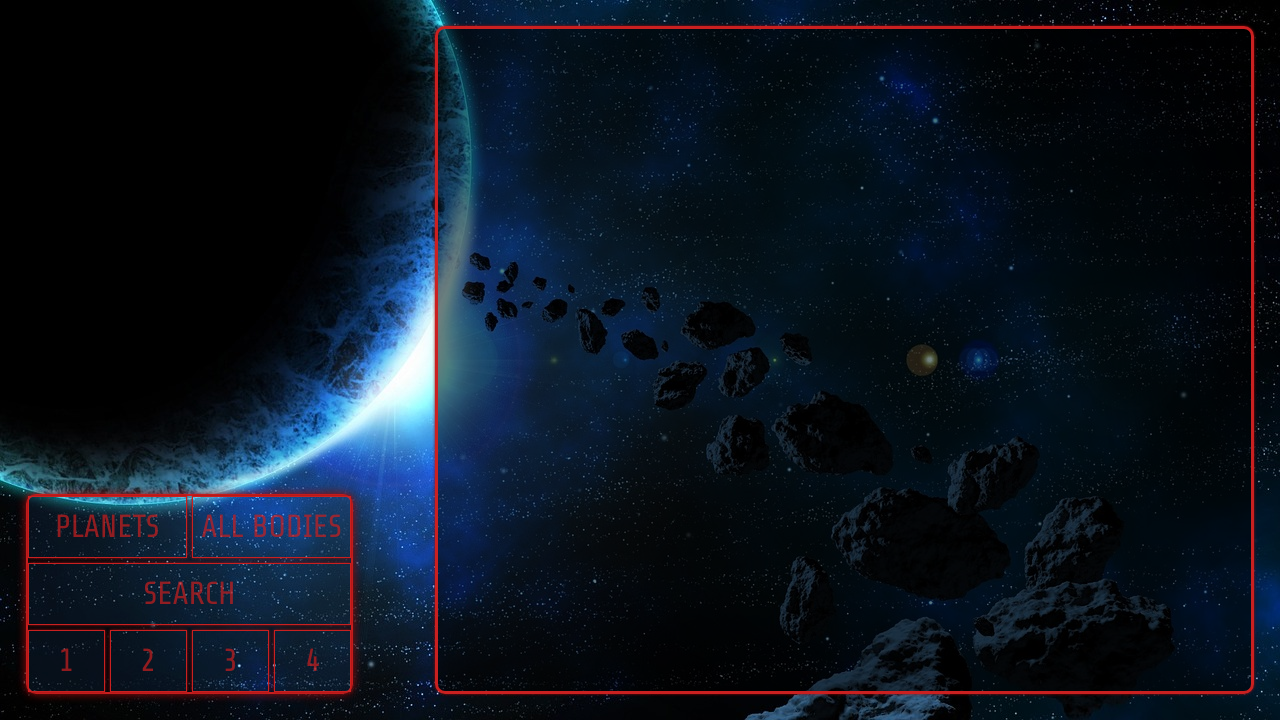
Repository: Przemek-Szadkowski/space-bodies
Page: /
These files come from the project's save history. The page is drawn as it stood at one moment and after the next save; the edit follows.
The browser window is 1280 px wide. The pictures show the whole page.
The page's requests for data from a server got no answer. The project was rebuilt for these pictures with package versions that can differ from the ones it lists, and the page was loaded fresh each time. No one was signed in, and anything a server would have sent is missing. Also part of the build but not shown: src/components/BodieRecord.js.

Above is the page before, as saved 2021-11-26 21:12:41.

After the next save:
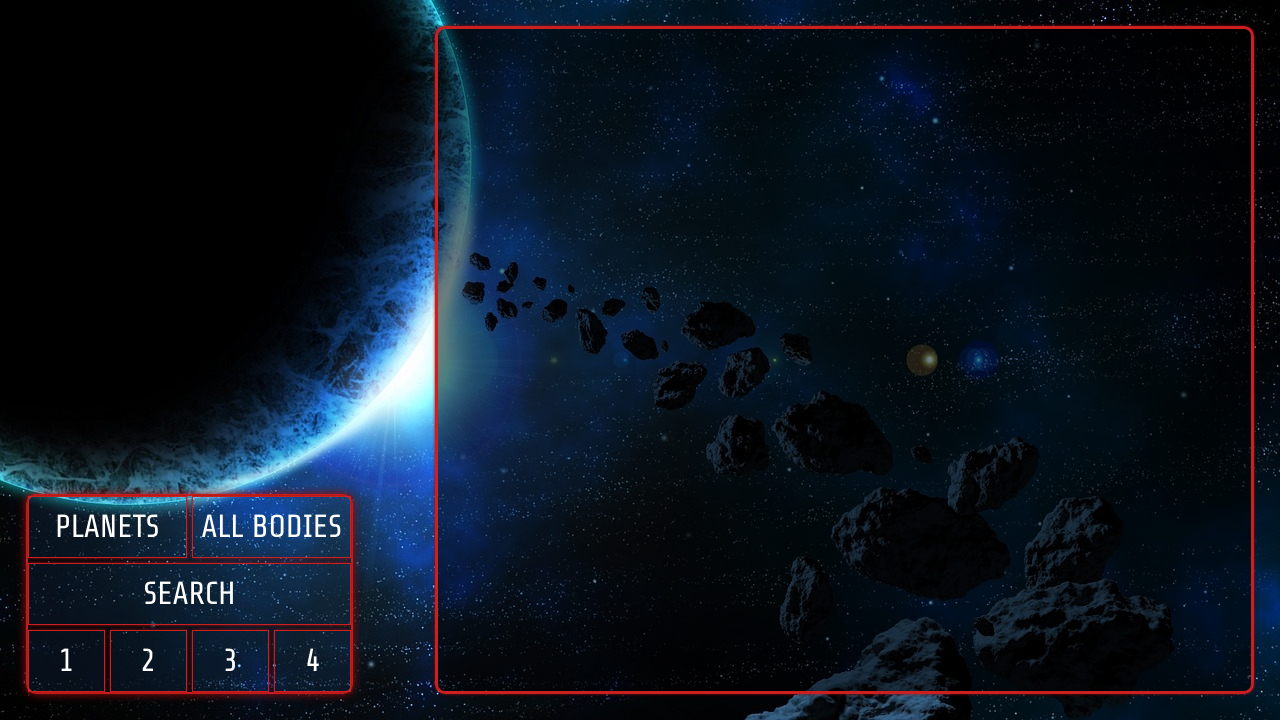
Saved 49 s later.
--- a/src/index.css
+++ b/src/index.css
@@ -49,7 +49,8 @@ main {
   align-items: center;
   height: 100%;
   width: 100%;
-  color: rgba(202, 32, 32, 0.7);
+  /* color: rgba(202, 32, 32, 0.7); */
+  color: #fff;
   font-size: 2rem;
   border: 1px solid rgb(202, 32, 32);
   box-shadow: 0 0 3px rgb(155, 11, 11);
